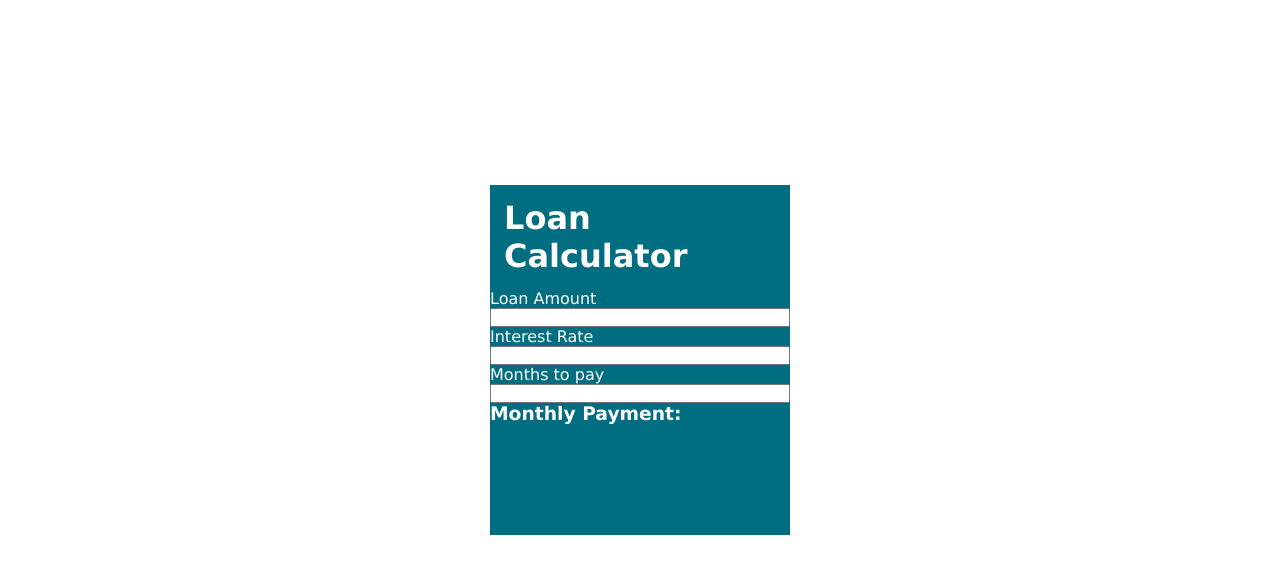
Repository: Ankitkr2021/Loan-Calculator
Page: index.html
An editor plug-in stored every save of this project. The page is shown before and after the next save, followed by the edit.
The browser window is 1280 px wide. The pictures show the whole page.

Above is the page before, as saved 2025-10-28 08:51:26.

After the next save:
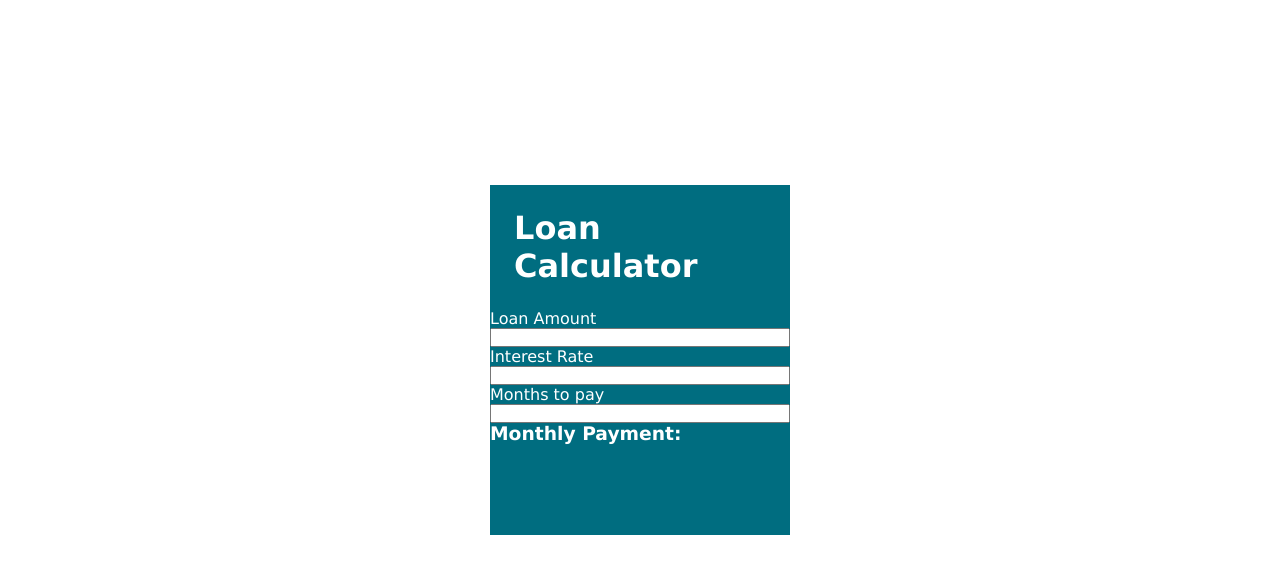
Saved 4 s later.
--- a/style.css
+++ b/style.css
@@ -23,5 +23,5 @@
 }
 
 h1{
-    padding: 14px;
+    padding: 24px;
 }
